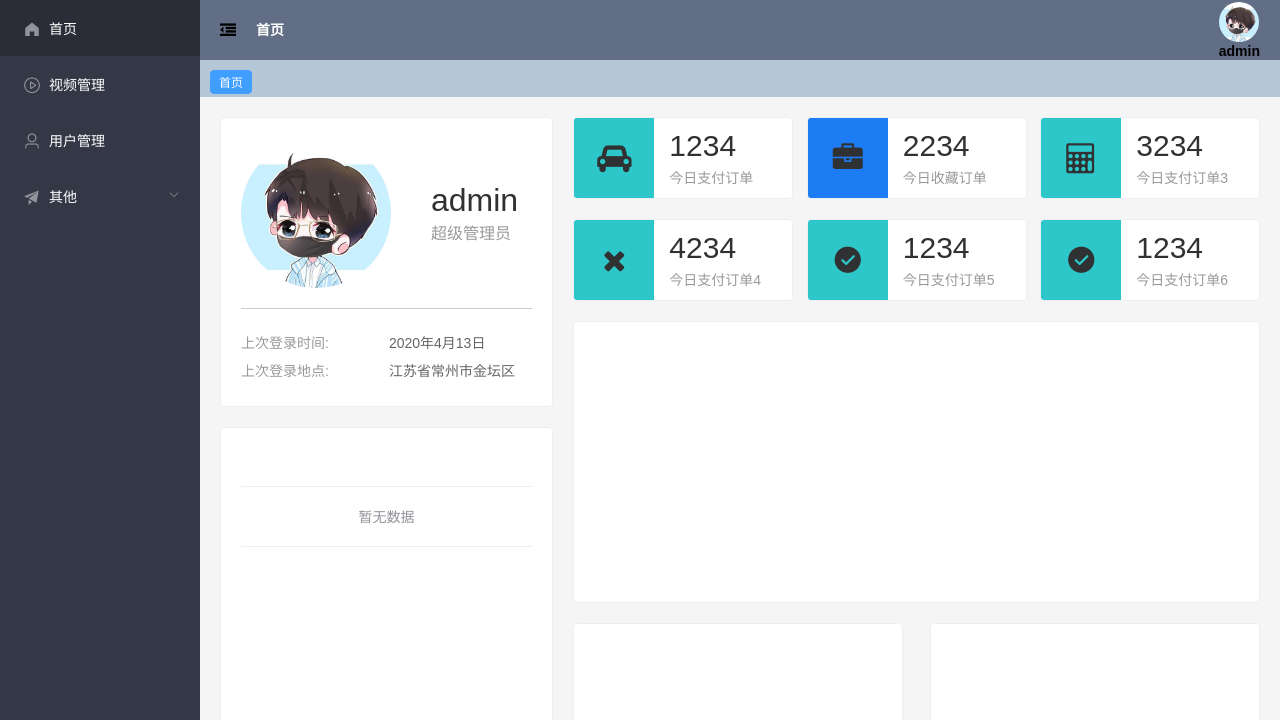
Repository: coWhy/vue-manage
Page: /
The author's editor kept a copy of each file at every save. The page is drawn from the files as they stood at one save, then again after the next save.
The browser window is 1280 px wide. The pictures show the whole page.
An inner scrolling area shows only its first screen. The project was rebuilt for these pictures with package versions that can differ from the ones it lists, and the page was loaded fresh each time. Also part of the build but not shown: vue.config.js.

Above is the page before, as saved 2020-04-14 01:43:41.

### src/main.js
import Vue from 'vue'
import App from './App.vue'
import router from './router'
import store from './store'
// 全局配置样式
import '@/assets/scss/reset.scss'
import '@/assets/font-awesome-4.7.0/css/font-awesome.css'
// 第三方包
import ElementUI from 'element-ui'
import 'element-ui/lib/theme-chalk/index.css'
// 自定义全局插件
import http from '@/plugins/http' // 自定义全局axios
// 引入Mock 主要是用于前端模拟使用 使用时 记得注释掉
import './mock'

Vue.config.productionTip = false
Vue.use(http)
console.log(
  `当前所处开发环境:【${process.env.NODE_ENV}】| 路由为: 【${process.env.VUE_APP_URL}】`
)
Vue.use(ElementUI)
new Vue({
  router,
  store,
  render: h => h(App)
}).$mount('#app')

### src/App.vue
<template>
  <div id="app">
    <router-view />
  </div>
</template>

<style lang="scss">
#app {
  // color: $theme-color;
  height: 100vh;
}
</style>

### src/router/index.js
import Vue from 'vue'
import VueRouter from 'vue-router'
//
const originalPush = VueRouter.prototype.push
VueRouter.prototype.push = function push(location) {
  return originalPush.call(this, location).catch(err => err)
}
Vue.use(VueRouter)

const routes = [
  {
    path: '/',
    component: () => import('@/views/layout/index'),
    children: [
      {
        path: '/',
        name: 'home',
        component: () => import('@/views/home/index')
      },
      {
        path: '/video',
        name: 'video',
        component: () => import('@/views/video/index')
      },
      {
        path: '/user',
        name: 'user',
        component: () => import('@/views/user/index')
      },
      {
        path: '/page1',
        name: 'page1',
        component: () => import('@/views/other/page1')
      },
      {
        path: '/page2',
        name: 'page2',
        component: () => import('@/views/other/page2')
      }
    ]
  }
]

const router = new VueRouter({
  routes
})

export default router

### src/store/index.js
import Vue from 'vue'
import Vuex from 'vuex'
import tag from './modules/tag'
Vue.use(Vuex)

export default new Vuex.Store({
  state: {},
  mutations: {},
  actions: {},
  modules: {
    tag
  }
})

### src/plugins/http.js
// 自定义开发插件
import axios from 'axios'

const MyHttpServer = {}

MyHttpServer.install = Vue => {
  // 基准地址
  // axios.defaults.baseURL = process.env.VUE_APP_URL
  const service = axios.create({
    baseURL: process.env.VUE_APP_URL, //请求基础url
    timeout: 3000 //  请求超时时间
  })
  // 添加请求拦截器 token拦截
  service.interceptors.request.use(
    config => {
      return config
    },
    err => {
      console.log(err)
    }
  )
  // 响应拦截器
  service.interceptors.response.use(
    response => {
      let res = {}
      //  此处对不同状态码 进行不同的操作 比如404 跳转页面等
      res.status = response.status
      res.data = response.data
      return res
    },
    err => {
      console.log(err)
    }
  )
  Vue.prototype.$http = axios
}
export default MyHttpServer

### src/mock/index.js
import Mock from 'mockjs'
import homeApi from './home'
Mock.setup({
  timeout: '200-2000' // 设置延时 [200 - 2000ms]
})
// 首页相关
// 拦截 /home/getData
Mock.mock('/home/getData', 'get', homeApi.getStatisticalData) // /\/home\/getData/.

### src/assets/scss/_variable.scss
// 全局配置样式 修改主题颜色
$theme-color: #33aef0;

### src/views/layout/index.vue
<template>
  <el-container class="container">
    <!-- 左侧菜单栏 -->
    <el-aside width="auto">
      <common-aside></common-aside>
    </el-aside>
    <el-container>
      <!-- 头部 -->
      <el-header class="header">
        <common-header></common-header>
      </el-header>
      <!-- Tab标签 -->
      <common-tag class="tag"></common-tag>
      <!-- 主体 -->
      <el-main>
        <router-view></router-view>
      </el-main>
    </el-container>
  </el-container>
</template>

<script>
import CommonAside from './components/aside/index'
import CommonHeader from './components/header/index'
import CommonTag from './components/tag/index'
export default {
  components: {
    CommonAside,
    CommonHeader,
    CommonTag
  }
}
</script>

<style lang="scss" scoped>
.container {
  height: 100%;
}
.header {
  background-color: #626e85; // 头部背景色
  width: 100%;
}
.main {
  padding-top: 0;
}
</style>

### src/views/home/index.vue
<template>
  <el-row class="home" :gutter="20">
    <!-- 左侧 -->
    <el-col :span="8">
      <!-- 用户信息描述 -->
      <el-card shadow="hover" style="height:290px">
        <!-- 头像部分 -->
        <div class="user">
          <img :src="userInfo.avatar" />
          <div class="userinfo">
            <p class="name">{{ userInfo.username }}</p>
            <p class="access">{{ userInfo.access }}</p>
          </div>
        </div>
        <!-- 登录后的相关信息描述 如ip 等-->
        <div class="login-info">
          <p>上次登录时间:<span>2020年4月13日</span></p>
          <p>上次登录地点:<span>江苏省常州市金坛区</span></p>
        </div>
      </el-card>
      <!-- Echart图表 -->
      <el-card shadow="hover" style="height:438px;margin-top:20px">
        <el-table>
          <el-table-column></el-table-column>
        </el-table>
      </el-card>
    </el-col>
    <!-- 右侧 -->
    <el-col :span="16">
      <!-- 顶部  -->
      <div class="num">
        <el-card
          shadow="hover"
          v-for="item in countData"
          :key="item.name"
          :body-style="{ display: 'flex', padding: 0 }"
        >
          <!-- 图标部分 -->
          <i
            class="icon"
            :class="item.icon"
            :style="{ background: item.color }"
          ></i>
          <!-- 详情部分  -->
          <div class="detail">
            <p class="num">{{ item.value }}</p>
            <p class="txt">{{ item.name }}</p>
          </div>
        </el-card>
      </div>
      <!-- 底部 -->
      <el-card shadow="hover">
        <!-- 图表 -->
        <div style="height:240px"></div>
      </el-card>
      <div class="graph">
        <el-card shadow="hover">
          <div style="height:200px"></div>
        </el-card>
        <el-card shadow="hover">
          <div style="height:200px"></div>
        </el-card>
      </div>
    </el-col>
  </el-row>
</template>

<script>
export default {
  data() {
    return {
      // 用户信息
      userInfo: {
        username: 'admin', // 用户名
        avatar: require('@/assets/images/user.jpg'), // 用户头像
        access: '超级管理员' // 登录权限
      },
      countData: [
        {
          name: '今日支付订单',
          value: 1234,
          icon: 'fa fa-car',
          color: '#2ec7c9'
        },
        {
          name: '今日收藏订单',
          value: 2234,
          icon: 'fa fa-briefcase',
          color: '#1d7cf3'
        },
        {
          name: '今日支付订单3',
          value: 3234,
          icon: 'fa fa-calculator',
          color: '#2ec7c9'
        },
        {
          name: '今日支付订单4',
          value: 4234,
          icon: 'fa fa-times',
          color: '#2ec7c9'
        },
        {
          name: '今日支付订单5',
          value: 1234,
          icon: 'el-icon-success',
          color: '#2ec7c9'
        },
        {
          name: '今日支付订单6',
          value: 1234,
          icon: 'el-icon-success',
          color: '#2ec7c9'
        }
      ],
      tableData: []
    }
  },
  methods: {
    async getVideoData() {
      const res = await this.$http.get('/home/getData')
      const {
        code,
        data: { tableData }
      } = res.data
      if (code === 20000) {
        this.tableData = tableData
      } else {
        this.$message.error('获取信息失败')
      }
      console.log(res.data)
    }
  },
  created() {
    this.getVideoData()
  }
}
</script>

<style lang="scss" scoped>
@import '~@/assets/scss/home';
</style>

### src/store/modules/tag.js
export default {
  state: {
    isCollapse: false, // 左侧菜单栏是否折叠
    curMenu: null, // 点击选中的菜单
    menuList: [], // 全部菜单
    tagList: [
      // 首页是不可关闭的
      {
        path: '/',
        name: 'home',
        title: '首页',
        icon: 'el-icon-s-home'
      }
    ] // 存放tags 点击后 就存到里面去
  },
  mutations: {
    // 点击 菜单之后 对应的tab 标签也要 进入 tabList 进行存放
    // 首页 不加入tabList
    getMenu(state, selectedMenu) {
      if (selectedMenu.name !== 'home') {
        state.curMenu = selectedMenu
        let result = state.tagList.findIndex(
          item => item.name === selectedMenu.name
        )
        if (result === -1) {
          // 没找到这个tag 就放进tagList
          state.tagList.push(selectedMenu)
        }
      } else {
        state.curMenu = null
      }
    },
    // 关闭选中的tag
    closeTag(state, selectedTag) {
      // if (selectedTag.name !== 'home') {
      // }
      // 找到tag的索引 进行删除
      let result = state.tagList.findIndex(
        item => item.name === selectedTag.name
      )
      state.tagList.splice(result, 1)
    },
    // 折叠左侧菜单栏
    collapseAsideMenu(state) {
      state.isCollapse = !state.isCollapse
    }
  },
  actions: {},
  modules: {}
}

### src/mock/home.js
import Mock from 'mockjs'

// 图表数据
let List = []
export default {
  getStatisticalData: () => {
    for (let i = 0; i < 7; i++) {
      List.push(
        Mock.mock({
          vue: Mock.Random.float(100, 8000, 0, 2),
          wechat: Mock.Random.float(100, 8000, 0, 2),
          ES6: Mock.Random.float(100, 8000, 0, 2),
          Redis: Mock.Random.float(100, 8000, 0, 2),
          React: Mock.Random.float(100, 8000, 0, 2),
          springboot: Mock.Random.float(100, 8000, 0, 2)
        })
      )
    }
    return {
      code: 20000,
      data: {
        // 饼图
        videoData: [
          {
            name: 'springboot',
            value: Mock.Random.float(1000, 10000, 0, 2)
          },
          {
            name: 'vue',
            value: Mock.Random.float(1000, 10000, 0, 2)
          },
          {
            name: '小程序',
            value: Mock.Random.float(1000, 10000, 0, 2)
          },
          {
            name: 'ES6',
            value: Mock.Random.float(1000, 10000, 0, 2)
          },
          {
            name: 'Redis',
            value: Mock.Random.float(1000, 10000, 0, 2)
          },
          {
            name: 'React',
            value: Mock.Random.float(1000, 10000, 0, 2)
          }
        ],
        // 柱状图
        userData: [
          {
            date: '周一',
            new: Mock.Random.integer(1, 100),
            active: Mock.Random.integer(100, 1000)
          },
          {
            date: '周二',
            new: Mock.Random.integer(1, 100),
            active: Mock.Random.integer(100, 1000)
          },
          {
            date: '周三',
            new: Mock.Random.integer(1, 100),
            active: Mock.Random.integer(100, 1000)
          },
          {
            date: '周四',
            new: Mock.Random.integer(1, 100),
            active: Mock.Random.integer(100, 1000)
          },
          {
            date: '周五',
            new: Mock.Random.integer(1, 100),
            active: Mock.Random.integer(100, 1000)
          },
          {
            date: '周六',
            new: Mock.Random.integer(1, 100),
            active: Mock.Random.integer(100, 1000)
          },
          {
            date: '周日',
            new: Mock.Random.integer(1, 100),
            active: Mock.Random.integer(100, 1000)
          }
        ],
        // 折线图
        orderData: {
          date: [
            '20191001',
            '20191002',
            '20191003',
            '20191004',
            '20191005',
            '20191006',
            '20191007'
          ],
          data: List
        },
        tableData: [
          {
            name: 'ES6',
            todayBuy: Mock.Random.float(100, 1000, 0, 2),
            monthBuy: Mock.Random.float(3000, 5000, 0, 2),
            totalBuy: Mock.Random.float(40000, 1000000, 0, 2)
          },
          {
            name: '小程序',
            todayBuy: Mock.Random.float(100, 1000, 0, 2),
            monthBuy: Mock.Random.float(3000, 5000, 0, 2),
            totalBuy: Mock.Random.float(40000, 1000000, 0, 2)
          },
          {
            name: 'Vue',
            todayBuy: Mock.Random.float(100, 1000, 0, 2),
            monthBuy: Mock.Random.float(3000, 5000, 0, 2),
            totalBuy: Mock.Random.float(40000, 1000000, 0, 2)
          },
          {
            name: 'springboot',
            todayBuy: Mock.Random.float(100, 1000, 0, 2),
            monthBuy: Mock.Random.float(3000, 5000, 0, 2),
            totalBuy: Mock.Random.float(40000, 1000000, 0, 2)
          },
          {
            name: 'React',
            todayBuy: Mock.Random.float(100, 1000, 0, 2),
            monthBuy: Mock.Random.float(3000, 5000, 0, 2),
            totalBuy: Mock.Random.float(40000, 1000000, 0, 2)
          },
          {
            name: 'Redis',
            todayBuy: Mock.Random.float(100, 1000, 0, 2),
            monthBuy: Mock.Random.float(3000, 5000, 0, 2),
            totalBuy: Mock.Random.float(40000, 1000000, 0, 2)
          }
        ]
      }
    }
  }
}

### src/views/layout/components/aside/index.vue
<template>
  <el-menu
    default-active="2"
    class="el-menu-vertical-demo"
    :background-color="asideSetting.bgColor"
    :text-color="asideSetting.texteColor"
    :active-text-color="asideSetting.activeTextColor"
    :collapse="isCollapse"
  >
    <!-- 这是没有子级菜单的
    handleClickMenu(item) 将选中的菜单元素存入store中的menu 用于tab使用
    由于 分两种情况 所以 下面两种 都需要加上handleClickMenu 事件
    v-for="item in noChildrenList" 遍历元素列表
    :index="item.path"  路由相关
    :key="item.title" 索引 避免重复
    -->
    <!-- noChildrenList -->
    <el-menu-item
      :index="item.path"
      v-for="item in noChildrenList"
      :key="item.title"
      @click="handleClickMenu(item)"
    >
      <i :class="item.icon"></i>
      <span slot="title">{{ item.title }}</span>
    </el-menu-item>
    <!-- hasChildrenList -->
    <el-submenu
      :index="item.title"
      v-for="item in hasChildrenList"
      :key="item.title"
    >
      <template slot="title">
        <i :class="item.icon"></i>
        <span slot="title">{{ item.title }}</span>
      </template>
      <el-menu-item-group>
        <el-menu-item
          :index="subItem.path"
          v-for="subItem in item.children"
          :key="subItem.title"
          @click="handleClickMenu(subItem)"
        >
          <i :class="subItem.icon"></i>
          <span slot="title">{{ subItem.title }}</span>
        </el-menu-item>
      </el-menu-item-group>
    </el-submenu>
  </el-menu>
</template>

<script>
export default {
  computed: {
    noChildrenList() {
      // asideMenuList 没有 子级菜单
      return this.asideMenuList.filter(item => !item.children)
    },
    hasChildrenList() {
      // asideMenuList 有 子级菜单
      return this.asideMenuList.filter(item => item.children)
    },
    // 取出vuex中的是否折叠isCollapse
    isCollapse() {
      return this.$store.state.tag.isCollapse
    }
  },
  data() {
    return {
      asideSetting: {
        bgColor: '#343746', // 侧边栏背景颜色
        activeTextColor: '#4ffffb', // 选中字体的颜色
        texteColor: '#fff' // 默认字体颜色
      },
      //侧边栏菜单列表
      asideMenuList: [
        {
          path: '/',
          name: 'home',
          title: '首页',
          icon: 'el-icon-s-home'
        },
        {
          path: '/video',
          name: 'video',
          title: '视频管理',
          icon: 'el-icon-video-play'
        },
        {
          path: '/user',
          name: 'user',
          title: '用户管理',
          icon: 'el-icon-user'
        },
        {
          title: '其他',
          icon: 'el-icon-s-promotion',
          children: [
            {
              path: '/page1',
              name: 'page1',
              title: '页面1',
              icon: 'el-icon-setting'
            },
            {
              path: '/page2',
              name: 'page2',
              title: '页面2',
              icon: 'el-icon-setting'
            }
          ]
        }
      ]
    }
  },
  methods: {
    // 选中菜单 传入store
    handleClickMenu(item) {
      // 跳转到指定的页面
      this.$router.push({ name: item.name })
      this.$store.commit('getMenu', item)
    }
  }
}
</script>

<style lang="scss" scoped>
.el-menu {
  // 菜单占满容器
  height: 100%;
  border: none;
}
// 折叠样式
.el-menu-vertical-demo:not(.el-menu--collapse) {
  width: 200px;
  min-height: 400px;
}
</style>

### src/views/layout/components/header/index.vue
<template>
  <header class="header">
    <div class="l-content">
      <!-- 折叠标签 可以折叠左侧菜单栏 折叠：fa fa-outdent 展开： fa fa-indent -->
      <i
        :class="
          $store.state.tag.isCollapse === true
            ? 'fa fa-indent'
            : 'fa fa-outdent '
        "
        aria-hidden="true"
        @click="collapseAsideMenu()"
      ></i>
      <!-- 面包屑导航 -->
      <el-breadcrumb separator="/">
        <!-- 默认保留一个 首页 -->
        <el-breadcrumb-item :to="{ path: '/' }">首页</el-breadcrumb-item>
        <!-- curMenu 不为null的时候才渲染出来 -->
        <el-breadcrumb-item :to="curMenu.path" v-if="curMenu">
          {{ curMenu.title }}
        </el-breadcrumb-item>
      </el-breadcrumb>
    </div>
    <!-- 用户部分 头像 下拉菜单 等 -->
    <div class="r-content">
      <el-dropdown trigger="click" size="mini">
        <span class="el-dropdown-link">
          <!-- 用户头像 和 用户名 动态获取 -->
          <img :src="userInfo.avatar" class="avatar" />
          <span class="name">{{ userInfo.username }}</span>
        </span>
        <el-dropdown-menu slot="dropdown">
          <el-dropdown-item>个人中心</el-dropdown-item>
          <el-dropdown-item>退出登录</el-dropdown-item>
        </el-dropdown-menu>
      </el-dropdown>
    </div>
  </header>
</template>

<script>
import { mapState } from 'vuex'
export default {
  computed: {
    ...mapState({
      curMenu: state => state.tag.curMenu // 选中的菜单对象
    })
  },
  data() {
    return {
      // 用户信息
      userInfo: {
        username: 'admin', // 用户名
        avatar: require('@/assets/images/user.jpg') // 用户头像
      }
    }
  },
  methods: {
    // 折叠左侧菜单栏
    collapseAsideMenu() {
      this.$store.commit('collapseAsideMenu')
    }
  }
}
</script>

<style lang="scss" scoped>
.header {
  display: flex;
  height: 100%;
  align-items: center;
  justify-content: space-between;
}
.l-content {
  // width: 380;
  display: flex;
  align-items: center;
  i {
    margin-right: 20px;
  }
  justify-content: space-between;
}
.r-content {
  .avatar {
    width: 40px;
    height: 40px;
    border-radius: 50%;
  }
  .name {
    display: flex;
    height: 100%;
    color: black;
    font-weight: bolder;
    align-items: center;
  }
}
</style>
<style lang="scss">
.el-breadcrumb__item {
  .el-breadcrumb__inner {
    color: #b9d0fb;
    font-weight: normal;
  }
  &:last-child {
    .el-breadcrumb__inner {
      color: #ffffff;
      font-weight: bolder;
    }
  }
}
</style>

### src/views/layout/components/tag/index.vue
<template>
  <div class="tags">
    <!--  tabs标签
  不是首页才可以关闭
  选中tag颜色变化 :effect="$route.name === tag.name ? 'dark' : 'plain'"
  -->
    <el-tag
      size="small"
      :key="tag.name"
      v-for="tag in tagList"
      :closable="tag.name !== 'home'"
      :disable-transitions="false"
      @close="handleClose(tag)"
      @click="changeMenu(tag)"
      :effect="$route.name === tag.name ? 'dark' : 'plain'"
    >
      {{ tag.title }}
    </el-tag>
  </div>
</template>

<script>
import { mapState, mapMutations } from 'vuex'
export default {
  computed: {
    ...mapState({
      tagList: state => state.tag.tagList
    })
  },
  data() {
    return {}
  },
  methods: {
    ...mapMutations({
      closeTag: 'closeTag'
    }),
    // 关闭tag
    handleClose(tag) {
      this.closeTag(tag)
    },
    changeMenu(tag) {
      this.$store.commit('getMenu', tag)
      this.$router.push({ name: tag.name })
    }
  }
}
</script>

<style lang="scss" scoped>
.tags {
  background-color: #b5c6d6;
  position: relative;
  height: 42px;
  border: none;
  overflow: hidden;
  padding: 10px;
  .el-tag {
    padding-top: 1px;
    padding-bottom: 1px;
    margin-right: 15px;
    cursor: pointer;
  }
}
</style>

### src/assets/scss/home.scss
.home {
  .user {
    display: flex;
    align-items: center;
    padding-bottom: 20px;
    margin-bottom: 20px;
    border-bottom: 1px solid #ccc;
    img {
      width: 150px;
      height: 150px;
      border-radius: 50%;
      margin-right: 40px;
    }
    &info {
      .name {
        font-size: 32px;
        margin-bottom: 10px;
      }
      .access {
        color: #999999;
      }
    }
  }
  .login-info {
    p {
      line-height: 28px;
      font-size: 14px;
      color: #999999;
      span {
        color: #666666;
        margin-left: 60px;
      }
    }
  }
  .num {
    display: flex;
    flex-wrap: wrap;
    justify-content: space-between;
    .el-card {
      width: 32%;
      margin-bottom: 20px;
      // /deep/ .el-card__body {
      //   display: flex;
      // }
    }
    .icon {
      font-size: 30px;
      width: 80px;
      height: 80px;
      text-align: center;
      line-height: 80px;
      // color: #fff;
    }
    .detail {
      margin-left: 15px;
      display: flex;
      flex-direction: column;
      justify-content: center;
      .num {
        font-size: 30px;
        margin-bottom: 10px;
      }
      .txt {
        font-size: 14px;
        text-align: center;
        color: #999999;
      }
    }
  }
  .graph {
    margin-top: 20px;
    display: flex;
    justify-content: space-between;
    .el-card {
      width: 48%;
    }
  }
}

Loaded but not shown: public/index.html (common file); src/assets/scss/reset.scss (common file); src/assets/font-awesome-4.7.0/css/font-awesome.css (library)

After the next save:
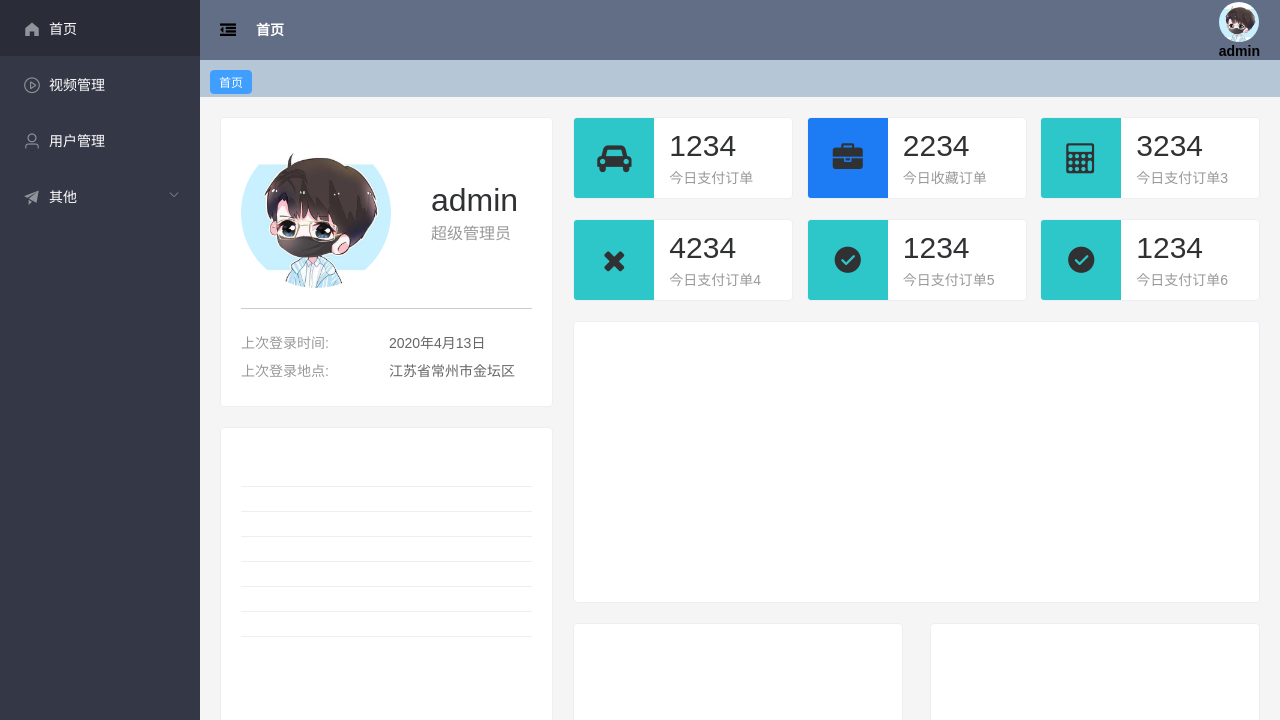
Saved 12 s later.
--- a/src/views/home/index.vue
+++ b/src/views/home/index.vue
@@ -20,7 +20,7 @@
       </el-card>
       <!-- Echart图表 -->
       <el-card shadow="hover" style="height:438px;margin-top:20px">
-        <el-table>
+        <el-table :data="tableData">
           <el-table-column></el-table-column>
         </el-table>
       </el-card>
